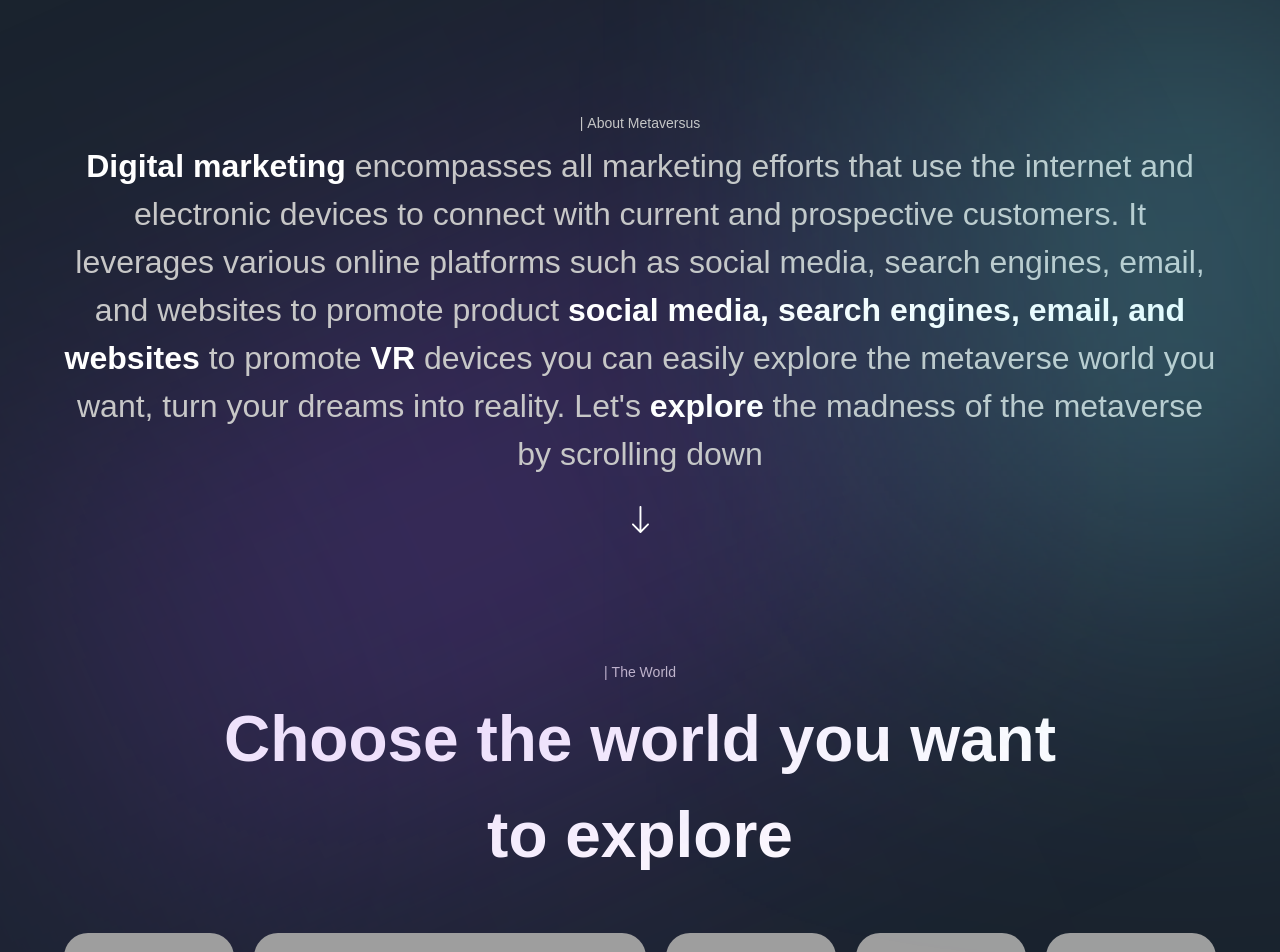
Repository: Shanuga123/metaversus
Page: /
These files come from the project's save history. The page is drawn as it stood at one moment and after the next save; the edit follows.
The browser window is 1280 px wide. The pictures show the part of the page from y = 1055 to 2007 px (the page is 7350 px tall before and 7302 px after).
Pictures or frames that could not be fetched are drawn as grey boxes. Some web fonts or font styles are not loaded; a fallback is used. The project was rebuilt for these pictures with package versions that can differ from the ones it lists, and the page was loaded fresh each time. The framework's server and built-in components were replaced by stand-ins that run in the browser. Also part of the build but not shown: next.config.js.

Above is the page before, as saved 2024-08-05 21:38:36.

### components/Navbar.jsx
'use client';

import { motion } from 'framer-motion';

import styles from '../styles';
import { navVariants } from '../utils/motion';

const Navbar = () => (
  <motion.nav
    variants={navVariants}
    initial="hidden"
    whileInView="show"
    className={`${styles.xPaddings} py-8 relative`}
  >
    <div className="absolute w-[50%] inset-0 gradient-01" />
    <div
      className={`${styles.innerWidth} mx-auto flex justify-between gap-8`}
    >
      <img
        src="/search.svg"
        alt="search"
        className="w-[24px] h-[24px] object-contain"
      />
      <h2 className="font-extrabold text-[24px] leading-[30.24px] text-white">
        METAVERSUS
      </h2>
      <img
        src="/menu.svg"
        alt="menu"
        className="w-[24px] h-[24px] object-contain"
      />
    </div>
  </motion.nav>
);

export default Navbar;

### components/CustomTexts.jsx
'use client';

import { motion } from 'framer-motion';
import { textContainer, textVariant2 } from '../utils/motion';

export const TypingText = ({ title, textStyles }) => (
  <motion.p
    variants={textContainer}
    className={`font-normal text-[14px] text-secondary-white ${textStyles}`}
  >
    {Array.from(title).map((letter, index) => (
      <motion.span variants={textVariant2} key={index}>
        {letter === ' ' ? '\u00A0' : letter}
      </motion.span>
    ))}
  </motion.p>
);

export const TitleText = ({ title, textStyles }) => (
  <motion.h2
    variants={textVariant2}
    initial="hidden"
    whileInView="show"
    className={`mt-[8px] font-bold md:text-[64px] text-[40px] text-white ${textStyles}`}
  >
    {title}
  </motion.h2>
);

### components/ExploreCard.jsx
'use client';

import { motion } from 'framer-motion';

import styles from '../styles';
import { fadeIn } from '../utils/motion';

const ExploreCard = ({ id, imgUrl, title, index, active, handleClick }) => (
  <motion.div
    variants={fadeIn('right', 'spring', index * 0.5, 0.75)}
    className={`relative ${
      active === id ? 'lg:flex-[3.5] flex-[10]' : 'lg:flex-[0.5] flex-[2]'
    } flex items-center justify-center min-w-[170px] h-[700px] transition-[flex] duration-[0.7s] ease-out-flex cursor-pointer`}
    onClick={() => handleClick(id)}
  >
    <img
      src={imgUrl}
      alt="planet-04"
      className="absolute w-full h-full object-cover rounded-[24px]"
    />
    {active !== id ? (
      <h3 className="font-semibold sm:text-[26px] text-[18px] text-white absolute z-0 lg:bottom-20 lg:rotate-[-90deg] lg:origin-[0,0]">
        {title}
      </h3>
    ) : (
      <div className="absolute bottom-0 p-8 flex justify-start w-full flex-col bg-[rgba(0,0,0,0.5)] rounded-b-[24px]">
        <div
          className={`${styles.flexCenter} w-[60px] h-[60px] rounded-[24px] glassmorphism mb-[16px]`}
        >
          <img
            src="/headset.svg"
            alt="headset"
            className="w-1/2 h-1/2 object-contain"
          />
        </div>
        <p className="font-normal text-[16px] leading-[20.16px] text-white uppercase">
          Enter Metaverse
        </p>
        <h2 className="mt-[24px] font-semibold sm:text-[32px] text-[24px] text-white">
          {title}
        </h2>
      </div>
    )}
  </motion.div>
);

export default ExploreCard;

### components/InsightCard.jsx
'use client';

import { motion } from 'framer-motion';

import { fadeIn } from '../utils/motion';

const InsightCard = ({ imgUrl, title, subtitle, index }) => (
  <motion.div
    variants={fadeIn('up', 'spring', index * 0.5, 1)}
    className="flex md:flex-row flex-col gap-4"
  >
    <img
      src={imgUrl}
      alt="planet-01"
      className="md:w-[270px] w-full h-[250px] rounded-[32px] object-cover"
    />
    <div className="w-full flex justify-between items-center">
      <div className="flex-1 md:ml-[62px] flex flex-col max-w-[650px]">
        <h4 className="font-normal lg:text-[42px] text-[26px] text-white">
          {title}
        </h4>
        <p className="mt-[16px] font-normal lg:text-[20px] text-[14px] text-secondary-white">
          {subtitle}
        </p>
      </div>

      <div
        className="lg:flex hidden items-center justify-center w-[100px] h-[100px] rounded-full bg-transparent border-[1px] border-white"
      >
        <img
          src="/arrow.svg"
          alt="arrow"
          className="w-[40%] h-[40%] object-contain"
        />
      </div>
    </div>
  </motion.div>
);

export default InsightCard;

### components/Footer.jsx
'use client';

import { motion } from 'framer-motion';
import { socials } from '../constants';

import styles from '../styles';
import { footerVariants } from '../utils/motion';

const Footer = () => (
  <motion.footer
    variants={footerVariants}
    initial="hidden"
    whileInView="show"
    className={`${styles.xPaddings} py-8 relative`}
  >
    <div className="footer-gradient" />
    <div className={`${styles.innerWidth} mx-auto flex flex-col gap-8`}>
      <div className="flex items-center justify-between flex-wrap gap-5">
        <h4 className="font-bold md:text-[64px] text-[44px] text-white">
          Enter the Metaverse
        </h4>
        <button type="button" className="flex items-center h-fit py-4 px-6 bg-[#25618B] rounded-[32px] gap-[12px]">
          <img
            src="/headset.svg"
            alt="headset"
            className="w-[24px] h-[24px] object-contain"
          />
          <span className="font-normal text-[16px] text-white">
            Enter Metaverse
          </span>
        </button>
      </div>

      <div className="flex flex-col">
        <div className="mb-[50px] h-[2px] bg-white opacity-10" />

        <div className="flex items-center justify-between flex-wrap gap-4">
          <h4 className="font-extrabold text-[24px] text-white">
            METAVERUS
          </h4>
          <p className="font-normal text-[14px] text-white opacity-50">
            Copyright © 2021 - 2022 Metaversus. All rights reserved.
          </p>

          <div className="flex gap-4">
            {socials.map((social) => (
              <img
                key={social.name}
                src={social.url}
                alt={social.name}
                className="w-[24px] h-[24px] object-contain cursor-pointer"
              />
            ))}
          </div>
        </div>
      </div>
    </div>
  </motion.footer>
);

export default Footer;

### sections/Hero.jsx
'use client';

import { motion } from 'framer-motion';

import styles from '../styles';
import { slideIn, staggerContainer, textVariant } from '../utils/motion';

const Hero = () => (
  <section className={`${styles.yPaddings} sm:pl-16 pl-6`}>
    <motion.div
      variants={staggerContainer}
      initial="hidden"
      whileInView="show"
      viewport={{ once: false, amount: 0.25 }}
      className={`${styles.innerWidth} mx-auto flex flex-col`}
    >
      <div className="flex justify-center items-center flex-col relative z-10">
        <motion.h1 variants={textVariant(1.1)} className={styles.heroHeading}>
          Digital
        </motion.h1>
        <motion.div
          variants={textVariant(1.2)}
          className="flex flex-row justify-center items-center"
        >
          <h1 className={styles.heroHeading}>MaR</h1>

          <h1 className={styles.heroHeading}>Keting</h1>
        </motion.div>
      </div>

      <motion.div
        variants={slideIn('right', 'tween', 0.2, 1)}
        className="relative w-full md:-mt-[20px] -mt-[12px]"
      >
        <div className="absolute w-full h-[300px] hero-gradient rounded-tl-[140px] z-[0] -top-[30px]" />

        <img
          src="/cover1.jpg"
          alt="hero_cover"
          className="w-full sm:h-[500px] h-[350px] object-cover rounded-tl-[140px] z-10 relative"
        />

        <a href="#explore">
          <div className="w-full flex justify-end sm:-mt-[70px] -mt-[50px] pr-[40px] relative z-10">
            <img
              src="/stamp.png"
              alt="stamp"
              className="sm:w-[155px] w-[100px] sm:h-[155px] h-[100px] object-contain"
            />
          </div>
        </a>
      </motion.div>
    </motion.div>
  </section>
);

export default Hero;

### sections/About.jsx
'use client';

import { motion } from 'framer-motion';
import { TypingText } from '../components';

import styles from '../styles';
import { fadeIn, staggerContainer } from '../utils/motion';

const About = () => (
  <section className={`${styles.paddings} relative z-10`}>
    <div className="gradient-02 z-0" />
    <motion.div
      variants={staggerContainer}
      initial="hidden"
      whileInView="show"
      viewport={{ once: false, amount: 0.25 }}
      className={`${styles.innerWidth} mx-auto ${styles.flexCenter} flex-col`}
    >
      <TypingText title="| About Metaversus" textStyles="text-center" />

      <motion.p
        variants={fadeIn('up', 'tween', 0.2, 1)}
        className="mt-[8px] font-normal sm:text-[32px] text-[20px] text-center text-secondary-white"
      >
        <span className="font-extrabold text-white">Digital marketing </span> encompasses all marketing efforts that use the internet and electronic devices to connect with current and prospective customers. It leverages various online platforms such as social media, search engines, email, and websites to promote product {' '}
        <span className="font-extrabold text-white">
        social media, search engines, email, and websites
        </span>{' '}
        to promote {' '}
        <span className="font-extrabold text-white">VR</span> devices you can
        easily explore the metaverse world you want, turn your dreams into
        reality. Let's{' '}
        <span className="font-extrabold text-white">explore</span> the madness
        of the metaverse by scrolling down
      </motion.p>

      <motion.img
        variants={fadeIn('up', 'tween', 0.3, 1)}
        src="/arrow-down.svg"
        alt="arrow down"
        className="w-[18px] h-[28px] object-contain mt-[28px]"
      />
    </motion.div>
  </section>
);

export default About;

### sections/Explore.jsx
'use client';

import { useState } from 'react';
import { motion } from 'framer-motion';

import styles from '../styles';
import { exploreWorlds } from '../constants';
import { staggerContainer } from '../utils/motion';
import { ExploreCard, TitleText, TypingText } from '../components';

const Explore = () => {
  const [active, setActive] = useState('world-2');

  return (
    <section className={`${styles.paddings}`} id="explore">
      <motion.div
        variants={staggerContainer}
        initial="hidden"
        whileInView="show"
        viewport={{ once: false, amount: 0.25 }}
        className={`${styles.innerWidth} mx-auto flex flex-col`}
      >
        <TypingText title="| The World" textStyles="text-center" />
        <TitleText
          title={<>Choose the world you want <br className="md:block hidden" /> to explore</>}
          textStyles="text-center"
        />
        <div className="mt-[50px] flex lg:flex-row flex-col min-h-[70vh] gap-5">
          {exploreWorlds.map((world, index) => (
            <ExploreCard
              key={world.id}
              {...world}
              index={index}
              active={active}
              handleClick={setActive}
            />
          ))}
        </div>
      </motion.div>
    </section>
  );
};

export default Explore;

### sections/GetStarted.jsx
'use client';

import { motion } from 'framer-motion';

import styles from '../styles';
import { startingFeatures } from '../constants';
import { StartSteps, TitleText, TypingText } from '../components';
import { staggerContainer, fadeIn, planetVariants } from '../utils/motion';

const GetStarted = () => (
  <section className={`${styles.paddings} relative z-10`}>
    <motion.div
      variants={staggerContainer}
      initial="hidden"
      whileInView="show"
      viewport={{ once: false, amount: 0.25 }}
      className={`${styles.innerWidth} mx-auto flex lg:flex-row flex-col gap-8`}
    >
      <motion.div
        variants={planetVariants('left')}
        className={`flex-1 ${styles.flexCenter}`}
      >
        <img
          src="/get-started.png"
          alt="get-started"
          className="w-[90%] h-[90%] object-contain"
        />
      </motion.div>
      <motion.div
        variants={fadeIn('left', 'tween', 0.2, 1)}
        className="flex-[0.75] flex justify-center flex-col"
      >
        <TypingText title="| How Metaversus Works" />
        <TitleText title={<>Get started with just a few clicks</>} />
        <div className="mt-[31px] flex flex-col max-w-[370px] gap-[24px]">
          {startingFeatures.map((feature, index) => (
            <StartSteps
              key={feature}
              number={`${index < 10 ? '0' : ''} ${index + 1}`}
              text={feature}
            />
          ))}
        </div>
      </motion.div>
    </motion.div>
  </section>
);

export default GetStarted;

### sections/WhatsNew.jsx
'use client';

import { motion } from 'framer-motion';

import styles from '../styles';
import { newFeatures } from '../constants';
import { NewFeatures, TitleText, TypingText } from '../components';
import { planetVariants, staggerContainer, fadeIn } from '../utils/motion';

const WhatsNew = () => (
  <section className={`${styles.paddings} relative z-10`}>
    <motion.div
      variants={staggerContainer}
      initial="hidden"
      whileInView="show"
      viewport={{ once: false, amount: 0.25 }}
      className={`${styles.innerWidth} mx-auto flex lg:flex-row flex-col gap-8`}
    >
      <motion.div
        variants={fadeIn('right', 'tween', 0.2, 1)}
        className="flex-[0.95] flex justify-center flex-col"
      >
        <TypingText title="| Whats new?" />
        <TitleText title={<>What's new about Metaversus?</>} />
        <div className="mt-[48px] flex flex-wrap justify-between gap-[24px]">
          {newFeatures.map((feature) => (
            <NewFeatures key={feature.title} {...feature} />
          ))}
        </div>
      </motion.div>

      <motion.div
        variants={planetVariants('right')}
        className={`flex-1 ${styles.flexCenter}`}
      >
        <img
          src="/whats-new.png"
          alt="get-started"
          className="w-[90%] h-[90%] object-contain"
        />
      </motion.div>
    </motion.div>
  </section>
);

export default WhatsNew;

### sections/World.jsx
'use client';

import { motion } from 'framer-motion';

import styles from '../styles';
import { TitleText, TypingText } from '../components';
import { fadeIn, staggerContainer } from '../utils/motion';

const World = () => (
  <section className={`${styles.paddings} relative z-10`}>
    <motion.div
      variants={staggerContainer}
      initial="hidden"
      whileInView="show"
      viewport={{ once: false, amount: 0.25 }}
      className={`${styles.innerWidth} mx-auto flex flex-col`}
    >

      <TypingText title="| People on the World" textStyles="text-center" />
      <TitleText
        title={(
          <>Track friends around you and invite them to play together in the same
            world
          </>
        )}
        textStyles="text-center"
      />

      <motion.div
        variants={fadeIn('up', 'tween', 0.3, 1)}
        className="relative mt-[68px] flex w-full h-[550px]"
      >
        <img src="/map.png" alt="map" className="w-full h-full object-cover" />

        <div className="absolute bottom-20 right-20 w-[70px] h-[70px] p-[6px] rounded-full bg-[#5D6680]">
          <img src="people-01.png" alt="people" className="w-full h-full" />
        </div>

        <div className="absolute top-10 left-20 w-[70px] h-[70px] p-[6px] rounded-full bg-[#5D6680]">
          <img src="/people-02.png" alt="people" className="w-full h-full" />
        </div>

        <div className="absolute top-1/2 left-[45%] w-[70px] h-[70px] p-[6px] rounded-full bg-[#5D6680]">
          <img src="people-03.png" alt="people" className="w-full h-full" />
        </div>
      </motion.div>
    </motion.div>
  </section>
);

export default World;

### sections/Insights.jsx
'use client';

import { motion } from 'framer-motion';

import styles from '../styles';
import { insights } from '../constants';
import { staggerContainer } from '../utils/motion';
import { InsightCard, TitleText, TypingText } from '../components';

const Insights = () => (
  <section className={`${styles.paddings} relative z-10`}>
    <motion.div
      variants={staggerContainer}
      initial="hidden"
      whileInView="show"
      viewport={{ once: false, amount: 0.25 }}
      className={`${styles.innerWidth} mx-auto flex flex-col`}
    >
      <TypingText title="| Insight" textStyles="text-center" />
      <TitleText title={<>Insight about metaverse</>} textStyles="text-center" />
      <div className="mt-[50px] flex flex-col gap-[30px]">
        {insights.map((item, index) => (
          <InsightCard key={`insight-${index}`} {...item} index={index + 1} />
        ))}
      </div>
    </motion.div>
  </section>
);

export default Insights;

### sections/Feedback.jsx
'use client';

import { motion } from 'framer-motion';

import styles from '../styles';
import { fadeIn, staggerContainer, zoomIn } from '../utils/motion';

const Feedback = () => (
  <section className={`${styles.paddings}`}>
    <motion.div
      variants={staggerContainer}
      initial="hidden"
      whileInView="show"
      viewport={{ once: false, amount: 0.25 }}
      className={`${styles.innerWidth} mx-auto flex lg:flex-row flex-col gap-6`}
    >
      <motion.div
        variants={fadeIn('right', 'tween', 0.2, 1)}
        className="flex-[0.5] lg:max-w-[370px] flex justify-end flex-col gradient-05 sm:p-8 p-4 rounded-[32px] border-[1px] border-[#6A6A6A] relative"
      >
        <div className="feedback-gradient" />
        <div>
          <h4 className="font-bold sm:text-[32px] text-[26px] sm:leading-[40.32px] leading-[36.32px] text-white">
            Samantha
          </h4>
          <p className="mt-[8px] font-normal sm:text-[18px] text-[12px] sm:leading-[22.68px] leading-[16.68px] text-white">
            Founder Metaverus
          </p>
        </div>

        <p className="mt-[24px] font-normal sm:text-[24px] text-[18px] sm:leading-[45.6px] leading-[39.6px] text-white">
          “With the development of today's technology, metaverse is very
          useful for today's work, or can be called web 3.0. by using
          metaverse you can use it as anything”
        </p>
      </motion.div>

      <motion.div
        variants={fadeIn('left', 'tween', 0.2, 1)}
        className="relative flex-1 flex justify-center items-center"
      >
        <img
          src="/planet-09.png"
          alt="planet-09"
          className="w-full lg:h-[610px] h-auto min-h-[210px] object-cover rounded-[40px]"
        />

        <motion.div
          variants={zoomIn(0.4, 1)}
          className="lg:block hidden absolute -left-[10%] top-[3%]"
        >
          <img
            src="/stamp.png"
            alt="stamp"
            className="w-[155px] h-[155px] object-contain"
          />
        </motion.div>
      </motion.div>
    </motion.div>
  </section>
);

export default Feedback;

### styles/index.js
const styles = {
  innerWidth: '2xl:max-w-[1280px] w-full',
  interWidth: 'lg:w-[80%] w-[100%]',

  paddings: 'sm:p-16 xs:p-8 px-6 py-12',
  yPaddings: 'sm:py-16 xs:py-8 py-12',
  xPaddings: 'sm:px-16 px-6',
  topPaddings: 'sm:pt-16 xs:pt-8 pt-12',
  bottomPaddings: 'sm:pb-16 xs:pb-8 pb-12',

  flexCenter: 'flex justify-center items-center',
  flexStart: 'flex justify-start items-start',
  flexEnd: 'flex justify-end',
  navPadding: 'pt-[98px]',

  // hero section
  heroHeading:
      'font-bold lg:text-[144px] md:text-[100px] sm:text-[60px] text-[44px] lg:leading-[158.4px] md:leading-[114.4px] sm:leading-[74.4px] leading-[64.4px] uppercase text-white',
  heroRText:
      'md:w-[212px] sm:w-[80px] w-[60px] md:h-[108px] sm:h-[48px] h-[38px] md:border-[18px] border-[9px] rounded-r-[50px] border-white sm:mx-2 mx-[6px]',
};

export default styles;

### constants/index.js
export const exploreWorlds = [
  {
    id: 'world-1',
    imgUrl: '/planet-01.png',
    title: 'The Hogwarts',
  },
  {
    id: 'world-2',
    imgUrl: '/planet-02.png',
    title: 'The Upside Down',
  },
  {
    id: 'world-3',
    imgUrl: '/planet-03.png',
    title: 'Kadirojo Permai',
  },
  {
    id: 'world-4',
    imgUrl: '/planet-04.png',
    title: 'Paradise Island',
  },
  {
    id: 'world-5',
    imgUrl: '/planet-05.png',
    title: 'Hawkins Labs',
  },
];

export const startingFeatures = [
  'Find a world that suits you and you want to enter',
  'Enter the world by reading basmalah to be safe',
  'No need to beat around the bush, just stay on the gas and have fun',
];

export const newFeatures = [
  {
    imgUrl: '/vrpano.svg',
    title: 'A new world',
    subtitle:
        'we have the latest update with new world for you to try never mind',
  },
  {
    imgUrl: '/headset.svg',
    title: 'More realistic',
    subtitle:
        'In the latest update, your eyes are narrow, making the world more realistic than ever',
  },
];

export const insights = [
  {
    imgUrl: '/planet-06.png',
    title: 'The launch of the Metaverse makes Elon musk ketar-ketir',
    subtitle:
        'Magna etiam tempor orci eu lobortis elementum nibh tellus molestie. Diam maecenas sed enim ut sem viverra alique.',
  },
  {
    imgUrl: '/planet-07.png',
    title: '7 tips to easily master the madness of the Metaverse',
    subtitle:
        'Vitae congue eu consequat ac felis donec. Et magnis dis parturient montes nascetur ridiculus mus. Convallis tellus id interdum',
  },
  {
    imgUrl: '/planet-08.png',
    title: 'With one platform you can explore the whole world virtually',
    subtitle:
        'Quam quisque id diam vel quam elementum. Viverra nam libero justo laoreet sit amet cursus sit. Mauris in aliquam sem',
  },
];

export const socials = [
  {
    name: 'twitter',
    url: '/twitter.svg',
  },
  {
    name: 'linkedin',
    url: '/linkedin.svg',
  },
  {
    name: 'instagram',
    url: '/instagram.svg',
  },
  {
    name: 'facebook',
    url: '/facebook.svg',
  },
];

Loaded but not shown: app/layout.js (common file); app/page.js (common file); styles/globals.css (common file); components/index.js (common file); sections/index.js (common file); components/StartSteps.jsx (common file); components/NewFeatures.jsx (common file); tailwind.config.js (common file); utils/motion.js (161 lines, source omitted)

After the next save:
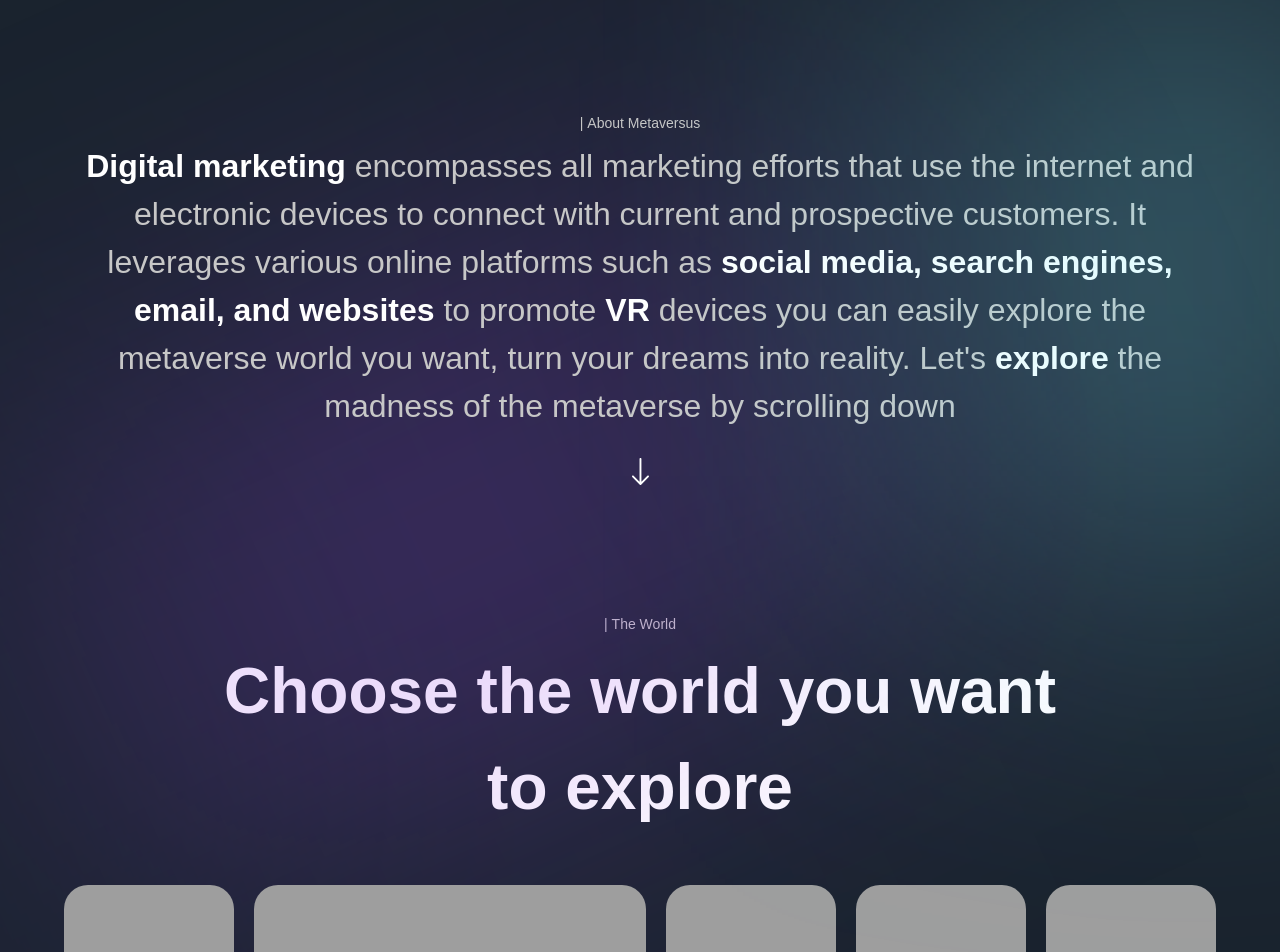
Saved 10 s later.
--- a/sections/About.jsx
+++ b/sections/About.jsx
@@ -22,7 +22,7 @@ const About = () => (
         variants={fadeIn('up', 'tween', 0.2, 1)}
         className="mt-[8px] font-normal sm:text-[32px] text-[20px] text-center text-secondary-white"
       >
-        <span className="font-extrabold text-white">Digital marketing </span> encompasses all marketing efforts that use the internet and electronic devices to connect with current and prospective customers. It leverages various online platforms such as social media, search engines, email, and websites to promote product {' '}
+        <span className="font-extrabold text-white">Digital marketing </span> encompasses all marketing efforts that use the internet and electronic devices to connect with current and prospective customers. It leverages various online platforms such as {' '}
         <span className="font-extrabold text-white">
         social media, search engines, email, and websites
         </span>{' '}
